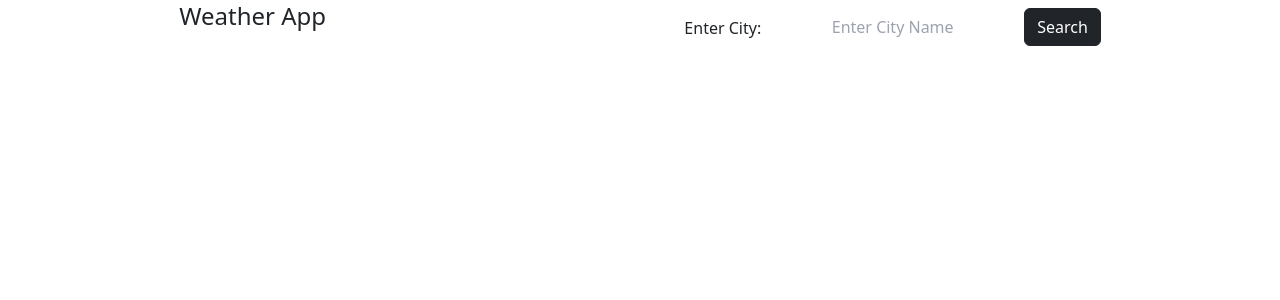
Repository: bhaveshtrades/weatherapp
Page: /
The author's editor kept a copy of each file at every save. The page is drawn from the files as they stood at one save, then again after a run of saves.
The browser window is 1280 px wide. The pictures show the whole page.
The project was rebuilt for these pictures with package versions that can differ from the ones it lists, and the page was loaded fresh each time. Also part of the build but not shown: src/components/DetailedWeather.jsx, src/components/HourlyForecast.jsx.

Above is the page before, as saved 2023-01-25 00:33:04.

After the next 4 saves:
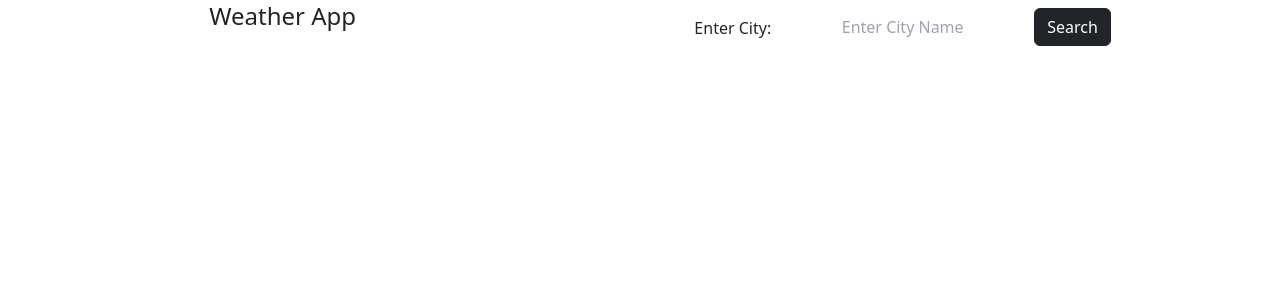
The 4 saves are shown as one change because they came seconds apart.
The last was saved 26 s later.
--- a/src/components/Navbar.jsx
+++ b/src/components/Navbar.jsx
@@ -4,7 +4,7 @@ function Navbar({resultProp, cityProp}){
 
   return (
     <>
-    <div className='sm: flex justify-around'>
+    <div className='sm: flex justify-around ml-10'>
     <div>
     <h1 className='sm: text-2xl'>Weather App</h1>
     </div>
